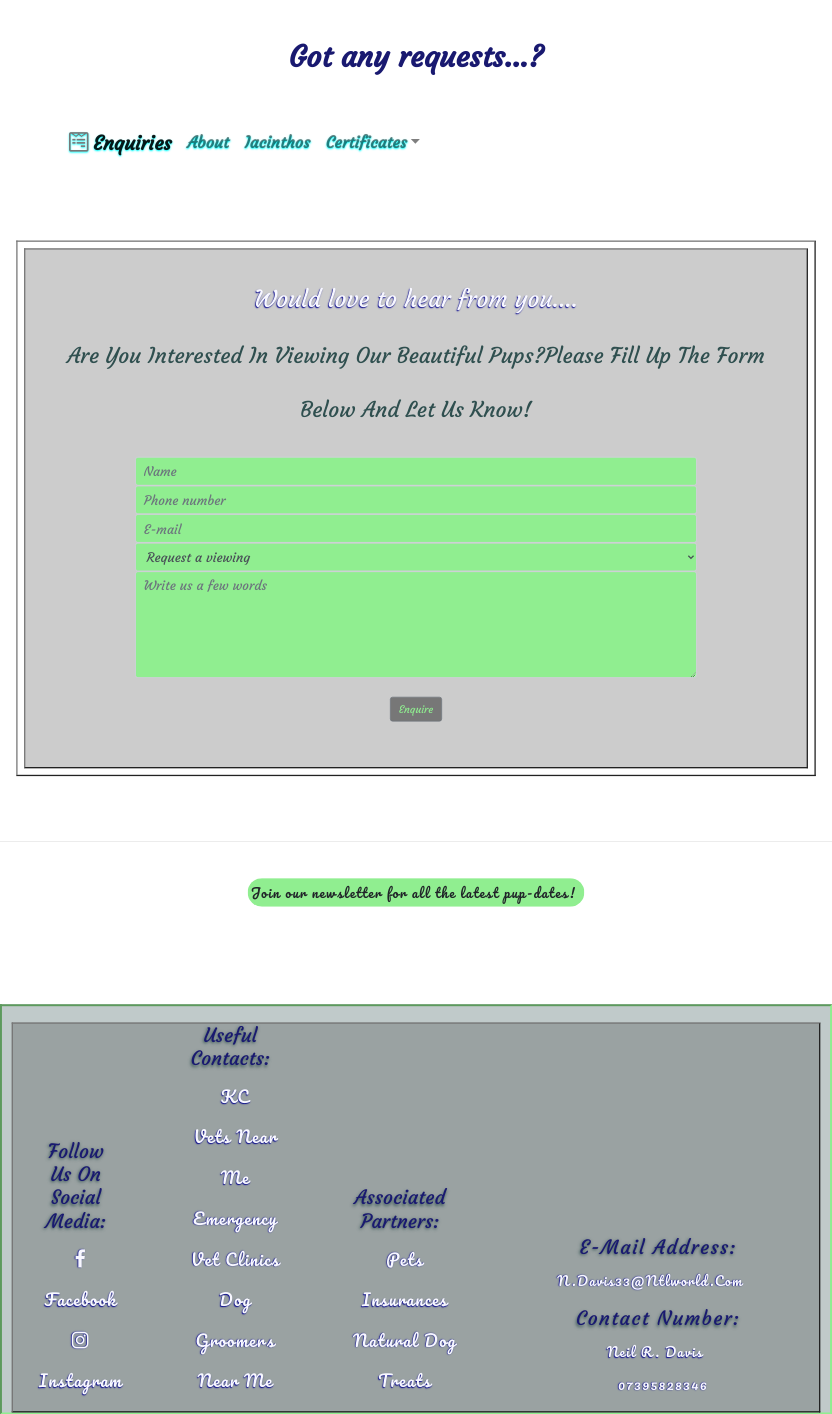
Repository: Code-Institute-Submissions/GeorgiosSklav-Iacinthos-blog
Page: request-form.html
The author's editor kept a record of every edit. The page is drawn from the files as they stood at one moment, then again after the next edit.
The browser window is 1280 px wide. The pictures show the whole page, at 65% of full size.

Above is the page before.

### request-form.html
<!DOCTYPE html>
<html lang="en">

<head>
    <meta charset="UTF-8">
    <meta name="viewport" content="width=device-width, initial-scale=1.0">
    <meta http-equiv="X-UA-Compatible" content="ie=edge">
    <link rel="stylesheet" href="https://stackpath.bootstrapcdn.com/bootstrap/4.3.1/css/bootstrap.min.css " integrity="sha384-ggOyR0iXCbMQv3Xipma34MD+dH/1fQ784/j6cY/iJTQUOhcWr7x9JvoRxT2MZw1T " crossorigin="anonymous">
    <title>Iacinthos mini Poodles</title>
    <link rel="stylesheet" href="https://stackpath.bootstrapcdn.com/font-awesome/4.7.0/css/font-awesome.min.css" integrity="sha384-wvfXpqpZZVQGK6TAh5PVlGOfQNHSoD2xbE+QkPxCAFlNEevoEH3Sl0sibVcOQVnN" crossorigin="anonymous">
    <link rel="stylesheet" href="style.css" type="text/css" />
</head>

<body>

    <!--Header-->

    <header class="container">
        <div class="row align-items-start homepage">
            <div class="col-12 logo">
                <h1>Got any requests...?</h1>
            </div>
        </div>
        <nav class="navbar navbar-light navbar-expand-sm">
            <div class="navbar-brand"><i class="fa fa-wpforms"></i>Enquiries</div>
            <button class="navbar-toggler ml-auto" type="button" data-toggle="collapse" data-target="#navbarNavDropdown" aria-controls="navbarNavDropdown">
            <span class="navbar-toggler-icon"></span></button>
            <div class="collapse navbar-collapse" id="navbarNavDropdown">
                <ul class="navbar-nav mt-auto mt-2 mt-lg-0">
                    <li class="nav-item item2 mr-2"><a class="nav-link" href="about-them.html">About</a></li>
                    <li class="nav-item mr-2"><a class="nav-link" href="index.html">Iacinthos</a></li>
                    <li class="nav-item dropdown">
                        <div class="nav-link dropdown-toggle" id="navbarDropdownMenuLink" role="button" data-toggle="dropdown" aria-haspopup="true" aria-expanded="false">
                            Certificates</div>
                        <div class="dropdown-menu" aria-labelledby="navbarDropdownMenuLink">
                            <a class="dropdown-item" target="_blank" href="./Media/certificate.pdf"><i class="fa fa-download"></i>Kennel Club</a>
                            <a class="dropdown-item" target="_blank" href="./Media/lineage1.pdf"><i class="fa fa-download"></i>Blood-Lineage</a>
                        </div>
                    </li>
                </ul>
            </div>
        </nav>
    </header>

    <!--main-body-->

    <main>
        <div class="jumbotron-fluid about" id="frame">
            <div class="background-overlay">
                <section class="container-fluid">
                    <div class="row about">
                        <div class="col">
                            <h3 class="about-title contact-heading text-center">Would love to hear from you....</h3>
                            <p class="contact capitalise">Are you interested in viewing our beautiful pups?Please fill up the form below and let us know!</p>
                            <div class="center-form">
                                <form>
                                    <input type="text" name="name" id="fullname" class="form-control" placeholder="Name" required/>
                                    <input type="text" name="number" id="number" class="form-control" placeholder="Phone number" required/>
                                    <input type="email" name="email" id="emailaddress" class="form-control" placeholder="E-mail" required/>
                                    <select class="form-control control">
                                    <option>Request a viewing</option>
                                    <option>Litter enquiries</option>
                                    <option>Other</option>
                                    </select>
                                    <textarea rows="5" name="projectsummary" id="projectsummary" class="form-control" placeholder="Write us a few words" required></textarea>
                                    <div class="form-row text-center">
                                        <div class="col">
                                            <button type="submit" class="btn btn-secondary">Enquire</button>
                                        </div>
                                    </div>
                                </form>
                            </div>
                        </div>
                    </div>
                </section>
            </div>
        </div>
        <hr>

        <!--Modal-->

        <button type="button" class="btn btn-color" data-toggle="modal" data-target="#exampleModal">
  Join our newsletter for all the latest pup-dates!
</button>
        <div class="modal fade" id="exampleModal" tabindex="-1" role="dialog" aria-labelledby="exampleModalLabel" aria-hidden="true">
            <div class="modal-dialog" role="document">
                <div class="modal-content">
                    <div class="modal-header">
                        <h5 class="modal-title" id="exampleModalLabel">Join our family with a flick of your paw!</h5>
                        <button type="button" class="close" data-dismiss="modal" aria-label="Close">
                     <span aria-hidden="true">&times;</span>
        </button>
                    </div>
                    <div class="modal-body">
                        <form class="modal-newsletter">
                            <div class="form-group ">
                                <input type="email" class="form-control" id="InputEmail2" aria-describedby="InputEmail2" placeholder="Your Woof-mail....">
                            </div>
                            <div class="form-group">
                                <input type="password" class="form-control" id="InputPassword2" placeholder="....and a Woof-password">
                            </div>
                            <div class="form-group form-check">
                                <input type="checkbox" class="form-check-input" id="Check1">
                                <label class="form-check-label" for="Check1">Remember me</label>
                            </div>
                        </form>
                    </div>
                    <div class="modal-footer">
                        <button type="button" class="btn btn-danger" data-dismiss="modal">Close</button>
                        <button type="button" class="btn btn-info">Subscribe</button>
                    </div>
                </div>
            </div>
        </div>
    </main>

    <!--footer-->

    <footer class="container-fluid footer">
        <div class="background-overlay">
        <div class="row align-items-end">
            <div class="col">
                <h4 class="social-title capitalise">Follow us on social media:</h4>
                <ul class="social-links">
                    <li>
                        <a target="_blank" href="https://www.facebook.com/neil.davis.9862">
                            <i class="fa fa-facebook"></i>
                            <span>Facebook</span>
                        </a>
                    </li>
                    <li>
                        <a target="_blank" href="https://instagram.com/neilr.davis?igshid=wmi0mqp5d2se">
                            <i class="fa fa-instagram"></i>
                            <span>Instagram</span>
                        </a>
                    </li>
                </ul>
            </div>
            <div class="col">
                <h4 class="social-title capitalise">Useful contacts:</h4>
                <ul class="social-links">
                    <li>
                        <a target="_blank" href="https://www.thekennelclub.org.uk/">
                            <span class="capitalise">KC</span>
                        </a>
                    </li>
                    <li>
                        <a target="_blank" href="https://www.google.com/search?q=vet+near+me&oq=vet+near&aqs=chrome.0.0j69i57j0l4.4119j0j7&sourceid=chrome&ie=UTF-8">
                            <span class="capitalise">Vets near me</span>
                        </a>
                    </li>
                    <li>
                        <a target="_blank" href="https://www.google.com/search?q=emergency+vet+clinic+near+me&oq=emergency+vet&aqs=chrome.4.69i57j0l5.15430j0j7&sourceid=chrome&ie=UTF-8">
                            <span class="capitalise">Emergency vet clinics</span>
                        </a>
                    </li>
                    <li>
                        <a target="_blank" href="https://www.google.com/search?q=dog+groomer+near+me&oq=dog+groomer&aqs=chrome.1.69i57j0l5.4790j0j7&sourceid=chrome&ie=UTF-8">
                            <span class="capitalise">Dog groomers near me</span>
                        </a>
                    </li>
                </ul>
            </div>
            <div class="col">
                <h4 class="social-title capitalise">Associated partners:</h4>
                <ul class="social-links">
                    <li>
                        <a target="_blank" href="https://www.google.com/search?q=pet+insurance+near+me&oq=pet+ins&aqs=chrome.2.0j69i57j0l4.6094j0j7&sourceid=chrome&ie=UTF-8">
                            <span class="capitalise">pets insurances</span>
                        </a>
                    </li>
                    <li>
                        <a target="_blank" href="https://www.doglistener.co.uk/catalog/natural-dog-treats-0">
                            <span class="capitalise">natural dog treats</span>
                        </a>
                    </li>
                </ul>
            </div>
            <div class="col-12 col-md-3 col-lg-3 contacts">
                <h4 class="social-title capitalise">e-mail address:</h4>
                <p class="capitalise social-links">
                    n.davis33@ntlworld.com
                </p>
                <h4 class="social-title capitalise">Contact number:</h4>
                <ul class="social-links">
                    <li class="social-links capitalise">
                        neil r. davis
                    </li>
                    <li class="capitalise">
                        07395828346
                    </li>
                </ul>
            </div>
        </div>
        </div>
    </footer>

    <script src="https://code.jquery.com/jquery-3.3.1.slim.min.js" integrity="sha384-q8i/X+965DzO0rT7abK41JStQIAqVgRVzpbzo5smXKp4YfRvH+8abtTE1Pi6jizo" crossorigin="anonymous"></script>
    <script src="https://cdnjs.cloudflare.com/ajax/libs/popper.js/1.14.7/umd/popper.min.js" integrity="sha384-UO2eT0CpHqdSJQ6hJty5KVphtPhzWj9WO1clHTMGa3JDZwrnQq4sF86dIHNDz0W1" crossorigin="anonymous"></script>
    <script src="https://stackpath.bootstrapcdn.com/bootstrap/4.3.1/js/bootstrap.min.js" integrity="sha384-JjSmVgyd0p3pXB1rRibZUAYoIIy6OrQ6VrjIEaFf/nJGzIxFDsf4x0xIM+B07jRM" crossorigin="anonymous"></script>
</body>

</html>

### style.css
@import url('https://fonts.googleapis.com/css?family=Courgette:100,200,300,400,500,600,700|Pacifico:100,200,300,400,500,600,700');

/*------------------------------------------------body background*/

body {
    line-height: 2.5;
    text-align: center;
}

.background-overlay {
    position: relative;
    height: 100%;
    width: 100%;
    padding: 0;
    background-color: rgba(0, 0, 0, 0.2);
    border: 2px outset #777;
}

h1 {
    font-family: "Courgette", sans-serif;
    font-weight: 700;
    font-size: 45px;
    color: #191970;
    margin-top: 35px;
    margin-bottom: 5px;
    padding-top: 25px;
}

.heading {
    margin: 25px;
}

.capitalise {
    text-transform: capitalize;
}

/*------------------------------------------------Navbar*/

.navbar {
    word-wrap: normal;
   margin-bottom: 100px;
   margin-top: 50px;
}

.navbar-light {
    font-family: 'Courgette', sans-serif;
    font-weight: 600;
    font-size: 25px;
    text-shadow: 0px 2px 3px #00ffff;
}

.nav-link {
margin: 0;
 right:0;
 bottom: 0;
 color: #fff;
}

.nav-link:hover {
    background-color: rgba(120, 0, 50, .1);
}
.dropdown {
    margin-left: 0;
    padding: 0;
}
.dropdown-menu {
    background-color: #a9a9a9;
    font-weight: 600;
    font-size: 20px;
 padding:0;
}

.dropdown-menu ul li:hover {
    background-color: #a9a9a9;
}

.ml-auto {
    background-color: #a9a9a9;
}

.navbar i {
    font-size: 35px;
    padding-top: 0;
    padding-bottom: 5px;
    padding-right: 2px;
    margin: 5px;
    color: #777;
}

.navbar-brand {
    font-size: 30px;
}

.fa-download {
    margin-right: 2px;
    margin-left: 2px;
}

.fa-download:hover {
    color: #fff;
}

/*------------------------------------------Media queries*/

@media (max-width: 300px) {
    .ml-auto:hover {
        background-color: #777;
    }
    .dropdown-item:hover {
        background-color: #777;

    }
    #navbarNavDropdown {
        background-color: #a9a9a9;
    }


    #navbarNavDropdown ul li:hover {
        background-color: #90ee90;
    }
}



@media (max-width: 3800px) {
    .dropdown-menu {
        background-color: rgba(120, 0, 50, .3);

    }
    .dropdown-item:hover {
        background-color: #777;
        color: #fff;
    }
    .col-lg-3 {
        flex: 30%;
        max-width: 100%;
    }
}

/*------------------------------------------------Homepage*/

.homepage a {
    text-decoration: none;
    height: 100%;
}

.introduction {
    height: 90%;
    width: 90%;
}

.img-10 {
    float: left;
    width: 15%;
    border-radius: 50%;
    border: groove #777;
}

.img-20 {
    float: right;
    width: 20%;
    border-radius: 50%;
    border: groove #777;
    margin: 2px;
}

.img-30 {
    float: left;
    width: 30%;
    border: groove #777;
    margin: 2px;
}

.img-50 {
    margin-left: 25px;
    margin-bottom: 20px;
    width: 100%;
    float: none;
    border-style: groove;
    border-radius: 50%;
}

/*--------------------------------------------texts,p*/

.container-title {
    text-align: center;
    margin: 35px;
    font-family: "Courgette", sans-serif;
    color: #f8f8ff;
    text-shadow: -1px 1px 2px #00008b;
}

.container-title i {
    font-size: 30px;
    padding: 15px;
    margin: 15px;
}

.dog-name {
    font-family: "Courgette", sans-serif;
    font-weight: 700;
    font-size: 32px;
    margin-left: 25px;
    color: #191970;
}

/*----------------------------------------about us section*/

.about {
    margin: 25px;
    font-family: "Courgette", sans-serif;
    font-size: 33px;
    color: #2f4f4f;
}

.about .about-title {
    color: #f8f8ff;
    text-shadow: -1px 1px 2px #00008b;
    font-size: 36px;
    padding: 5px 2px;
}

#frame {
    border: 2px outset #777;
    font-size: 33px;
    margin-top: 45px;
    margin-bottom: 100px;
    padding: 10px;
    font-weight: 200;
    background-color: #fff;
}

/*----------------------------------------newsletter button*/

.btn-color {
    background-color: #90ee90;
    font-family: "Pacifico", sans-serif;
    font-size: 20px;
    letter-spacing: 2px;
    margin: 40px 25px 150px;
    padding-left: 4px;
    border-radius: 50px;
}

.btn-color:hover {
    color: #90ee90;
    background-color: #777;
}

/*----------------------------------------Modal styling*/

.modal-title {
    font-family: "Pacifico", sans-serif;
    font-size: 25px;
    margin: 10px 5px;
}

.modal-content {
    background-color: #90ee90;
    text-shadow: -3px 2px 0.5px #ffefd5;
    color: #777;
}

.modal-footer .btn-danger,
.btn-info {
    margin-right: 20px;
}

.modal-body {
    padding: 0 15px 0 15px;
    top: 5px;
    bottom: 0;
    margin-top: 10px;
}


/*----------------------------------------footer*/

.footer {
    border: 3px inset #90ee90;
    background-color: rgba(47, 79, 79, .3);
    padding-top: 25px;
    margin: 0 5px 0 0;
    text-align: center;
    display: run-in;
}


.contacts .social-title {
    font-family: "Courgette", sans-serif;
    font-size: 30px;
    font-weight: 400;
    letter-spacing: 2px;
    color: #191970;
}


.social-links {
    list-style: none;
    padding-right: 25px;
    font-family: "Pacifico", sans-serif;
    color: #f8f8ff;
    font-size: 20px;
    font-weight: 300;
    letter-spacing: 2px;
    text-shadow: -1px 1px 2px #00008b;
}

.social-links li a {
    text-decoration: none;
    font-family: "Pacifico", sans-serif;
    font-size: 25px;
    font-weight: 400;
    letter-spacing: 2px;
    color: #f8f8ff;
    text-shadow: -1px 1px 2px #00008b;
}

.social-links li a:hover {
    color: #90ee90;
}

.social-links li i {
    font-size: 30px;
    height: 45px;
    width: 45px;
}

.social-title {
    word-break: keep-all;
    margin-left: 50px;
    margin-right: 50px;
    font-size: 30px;
    font-family: "Courgette", sans-serif;
    color: #191970;
    text-shadow: -1px 2px 5px #2f4f4f;
}

.contact-heading {
    font-family: "Courgette", sans-serif;
    font-weight: 300;
    margin-top: 25px;
    margin-bottom: 20px;
}

.form-control {
    font-size: 20px;
    background-color: #90ee90;
}

.control {
    background-color: #90ee90;
}

.center-form {
    padding: 15px 5px 10px;
    margin: 15px auto;
    max-width: 80%;
}

button[type="submit"] {
    margin-bottom: 20px;
    margin-top: 13px;
    color: #90ee90;
    background-color: #777;
}

button[type="submit"]:hover {
    background-color: #90ee90;
    color: #777;
}

After the next edit:
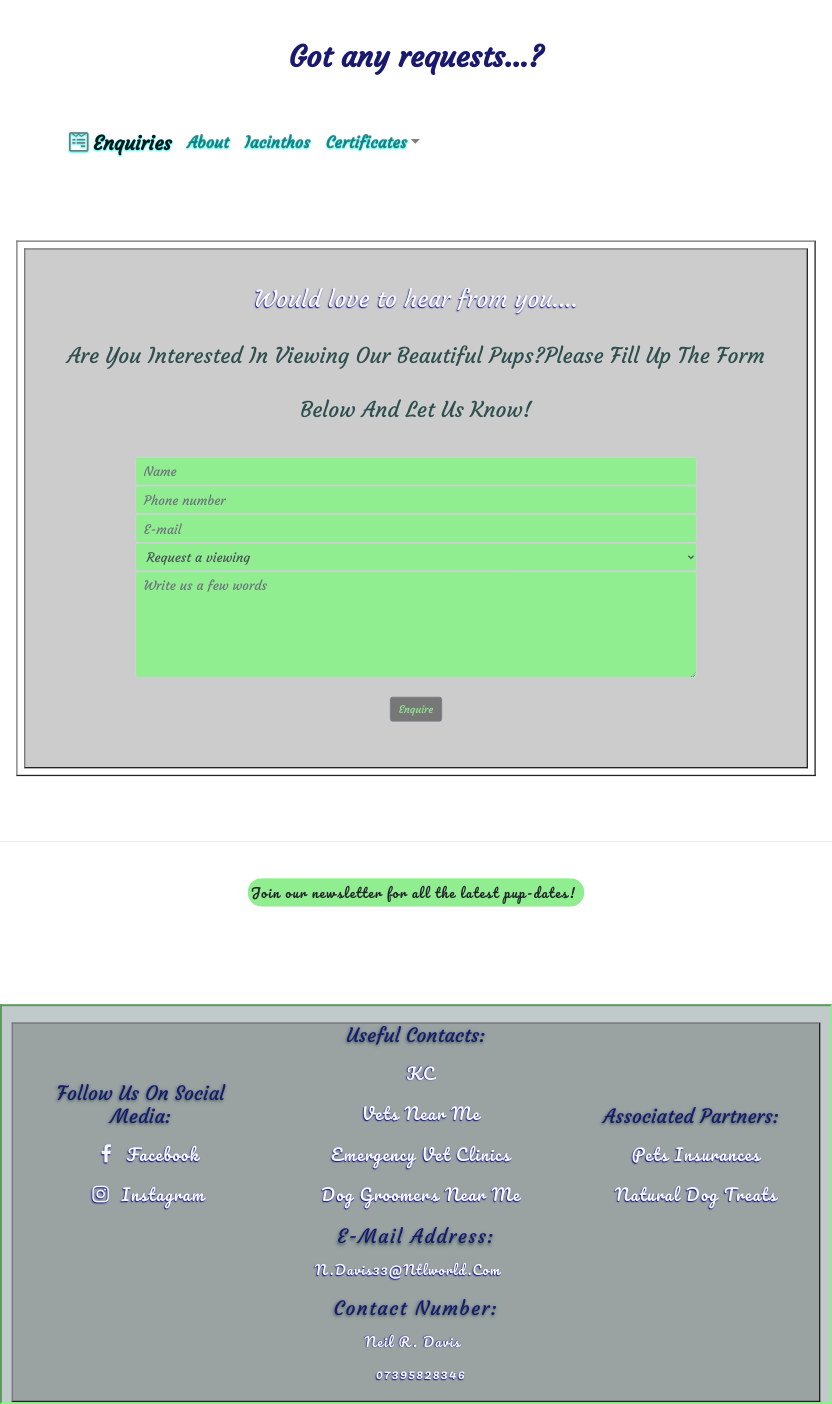
The edit:
--- a/request-form.html
+++ b/request-form.html
@@ -176,7 +176,7 @@
                     </li>
                 </ul>
             </div>
-            <div class="col-12 col-md-3 col-lg-3 contacts">
+            <div class="col-12 contacts">
                 <h4 class="social-title capitalise">e-mail address:</h4>
                 <p class="capitalise social-links">
                     n.davis33@ntlworld.com
